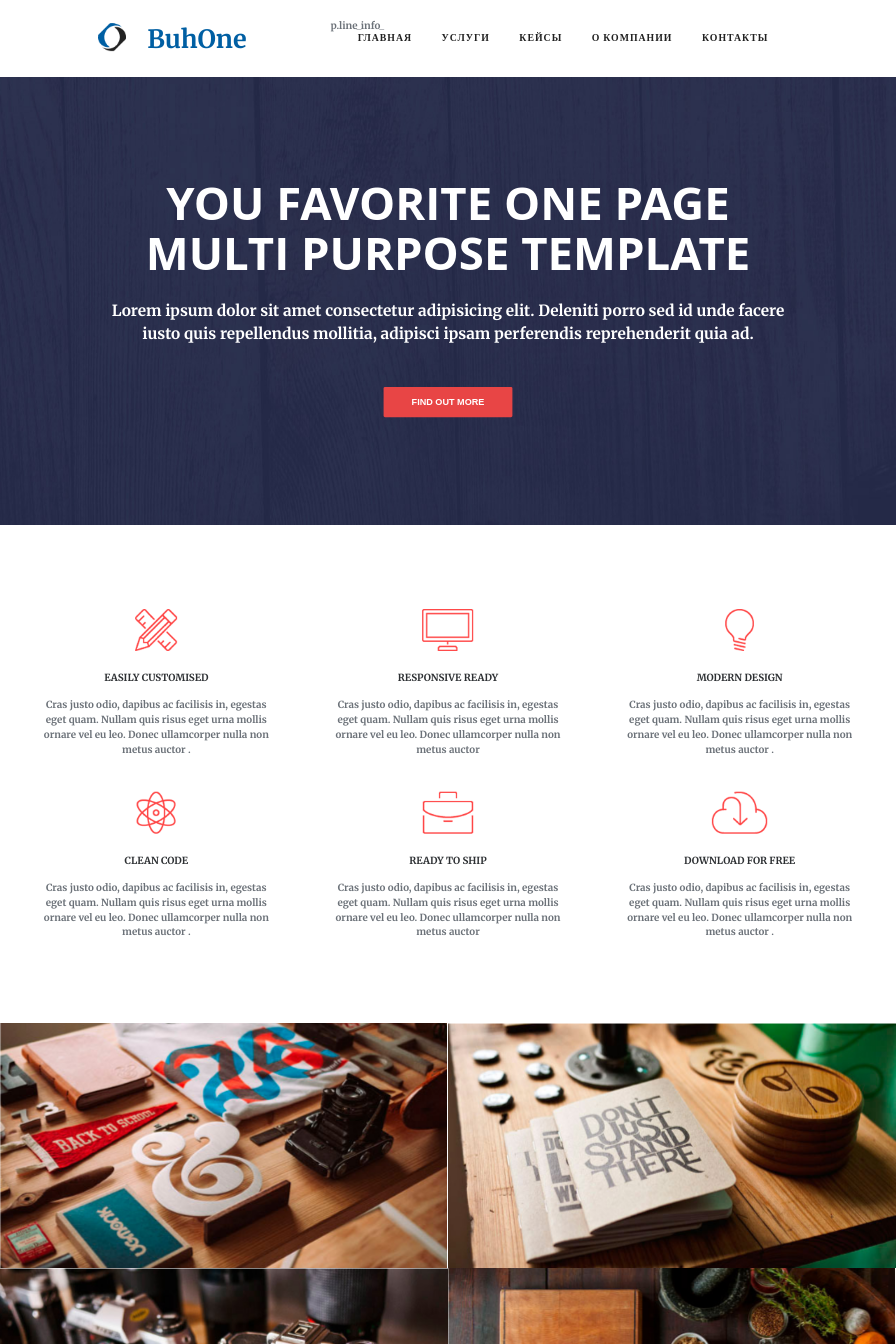
Repository: ZetsubouBilly/test
Page: index.html
The author's editor kept a copy of each file at every save. The page is drawn from the files as they stood at one save, then again after a run of saves.
The browser window is 1280 px wide. The pictures show the part of the page from y = 0 to 1920 px (the page is 4929 px tall), at 70% of full size.

Above is the page before, as saved 2023-05-13 12:33:53.

After the next 2 saves:
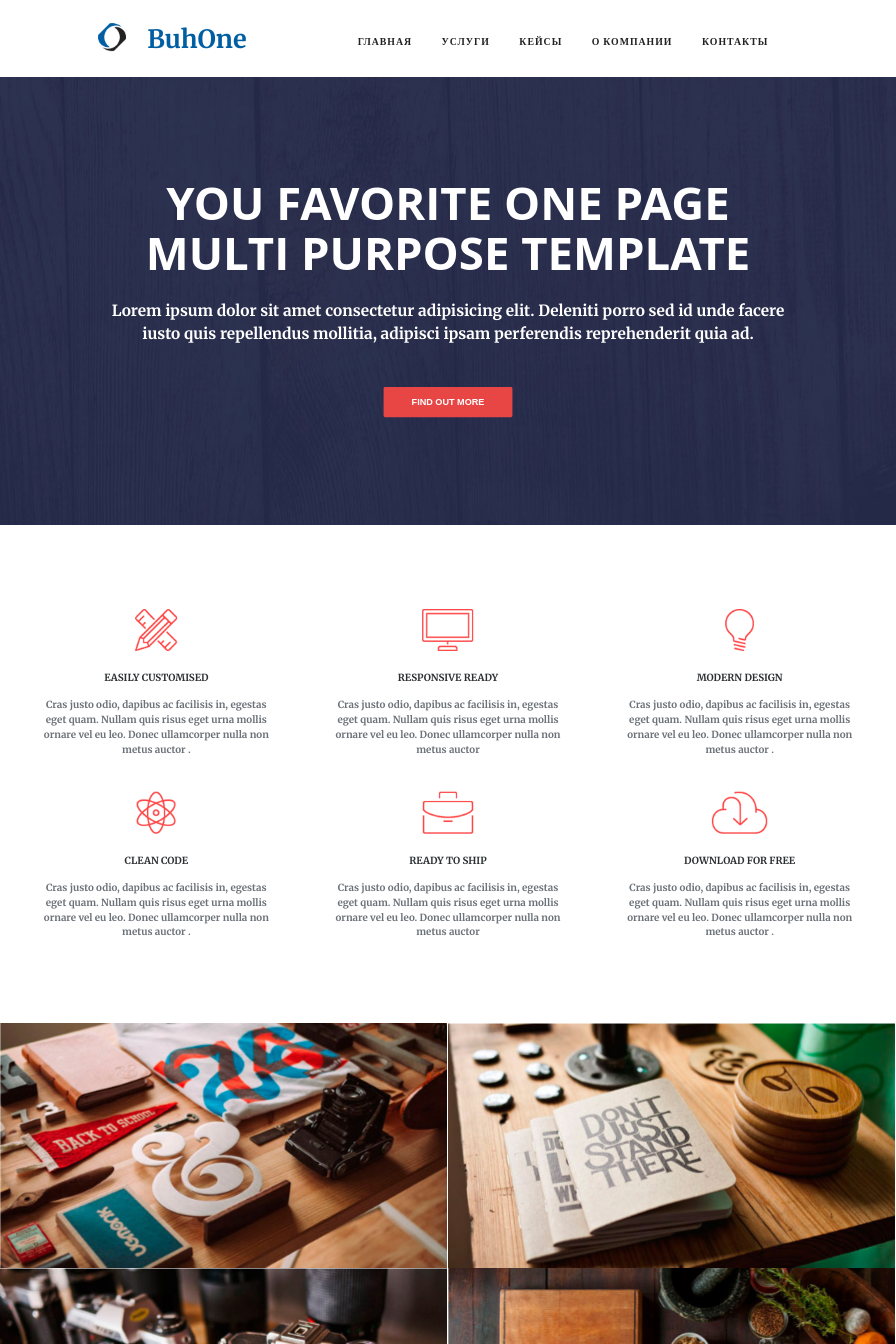
The 2 saves are shown as one change because they came seconds apart.
The last was saved 6 s later.
--- a/index.html
+++ b/index.html
@@ -37,7 +37,7 @@
                     <div class="top-line">
                         <div class="top-line_info">
                             <img class="top-line_info_img" src="" alt="">
-                            p.line_info_
+                            <p class="line_info_text"></p>
 
                         </div>
                     </div>
